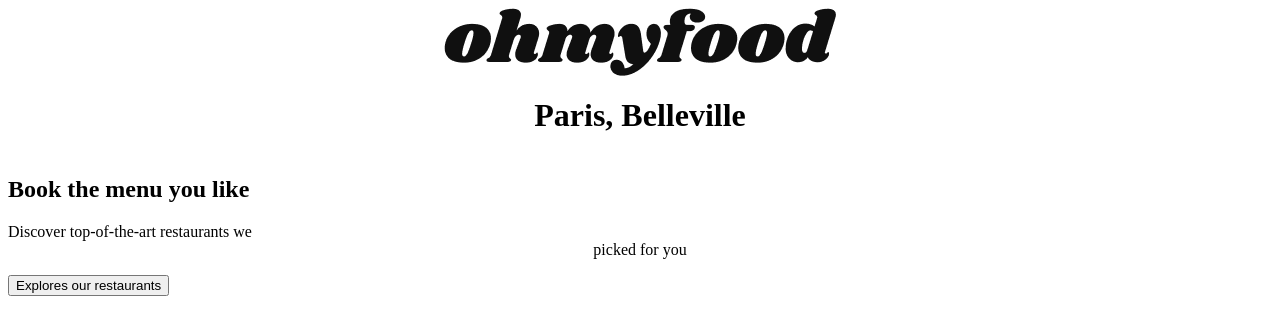
Repository: ailahin/ohmyfood
Page: Index.html
The author's editor kept a copy of each file at every save. The page is drawn from the files as they stood at one save, then again after the next save.
The browser window is 1280 px wide. The pictures show the whole page.

Above is the page before, as saved 2023-08-11 00:20:08.

After the next save:
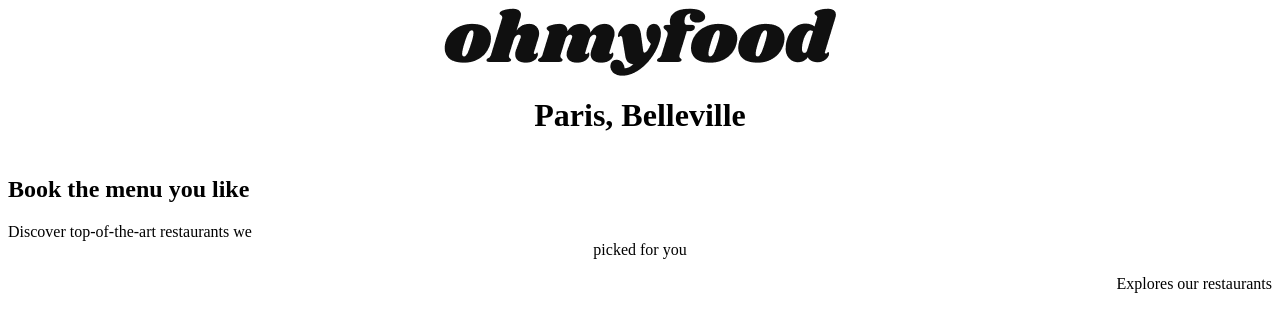
Saved 8 s later.
--- a/Index.html
+++ b/Index.html
@@ -23,9 +23,9 @@
         <h1> Book the menu you like</h1>
         <p> Discover top-of-the-art restaurants we <br> <span class="span-text">picked for you</span></p>
 
-        <button type="button" class="btn">
+        <a type="button" class="btn">
             Explores our restaurants
-        </button>
+        </a>
       </div>
 
     </nav>
